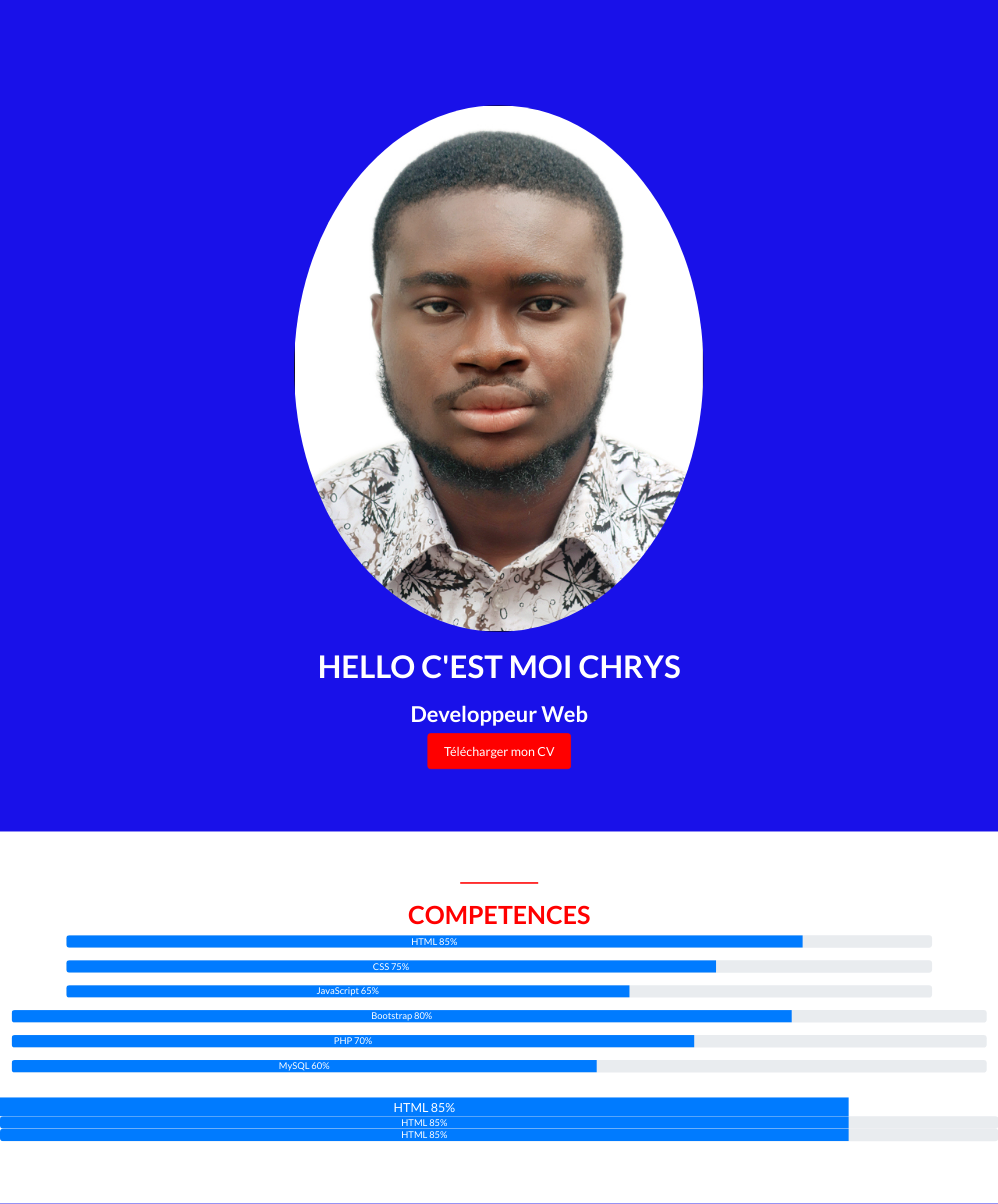
Repository: CHRYSOVR/CV_en_ligne_Interactif
Page: index.html
An editor plug-in stored every save of this project. The page is shown before and after the next save, followed by the edit.
The browser window is 1280 px wide. The pictures show the whole page, at 78% of full size.

Above is the page before, as saved 2025-07-07 16:46:02.
Console error: TypeError: Cannot read properties of undefined (reading 'fn')

After the next save:
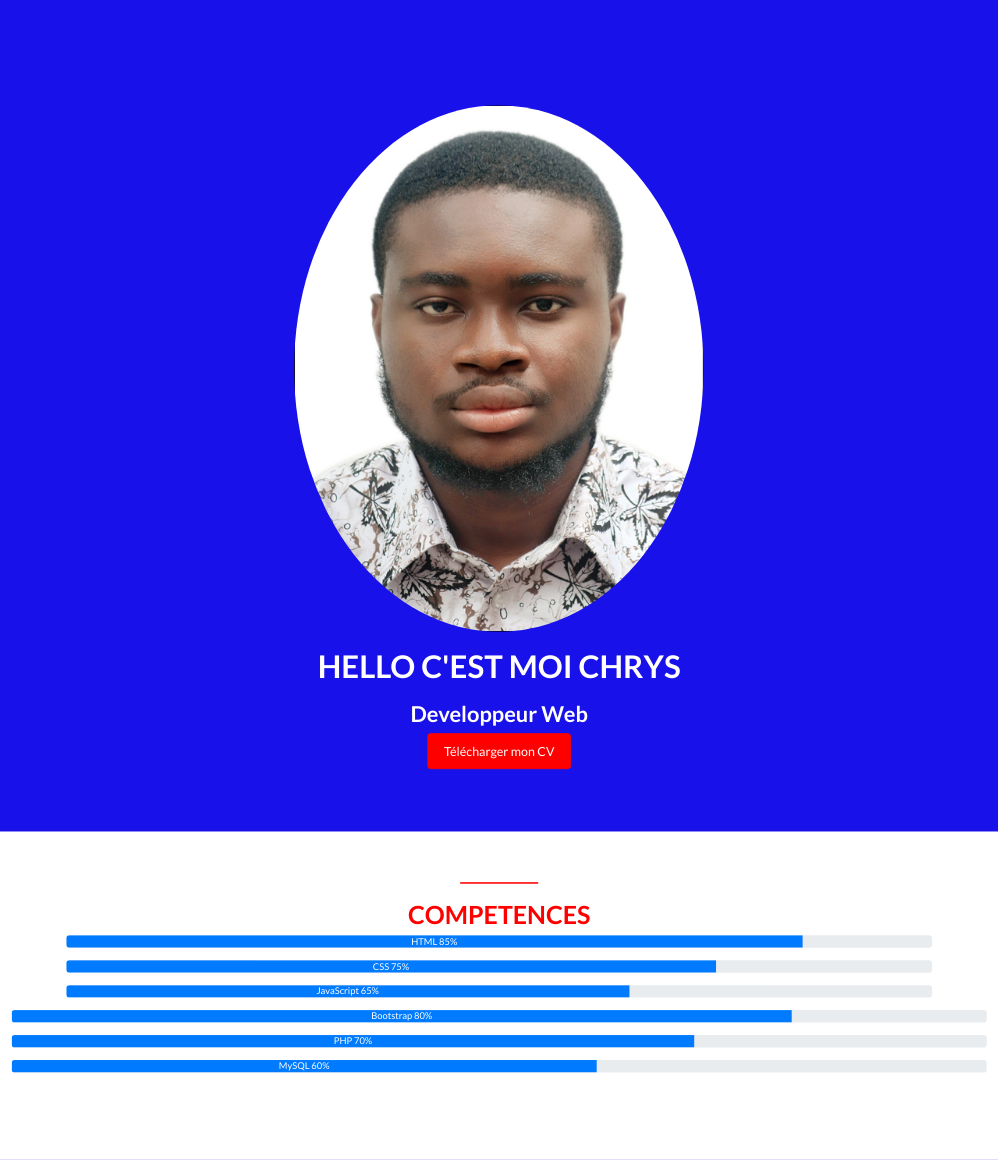
Saved 35 s later.
--- a/index.html
+++ b/index.html
@@ -68,16 +68,6 @@
         </div>
     </div>
 </div>
-  <div class="progress-bar" role="progressbar" style="width: 85%;" aria-valuenow="85" aria-valuemin="0" aria-valuemax="100">HTML 85%</div>
-</div> </var></var>
-    </div>
-     <div class="progress">
-  <div class="progress-bar" role="progressbar" style="width: 85%;" aria-valuenow="85" aria-valuemin="0" aria-valuemax="100">HTML 85%</div>
-</div>
- <div class="progress">
-  <div class="progress-bar" role="progressbar" style="width: 85%;" aria-valuenow="85" aria-valuemin="0" aria-valuemax="100">HTML 85%</div>
-</div> </div>
-
 </div>
 
 
